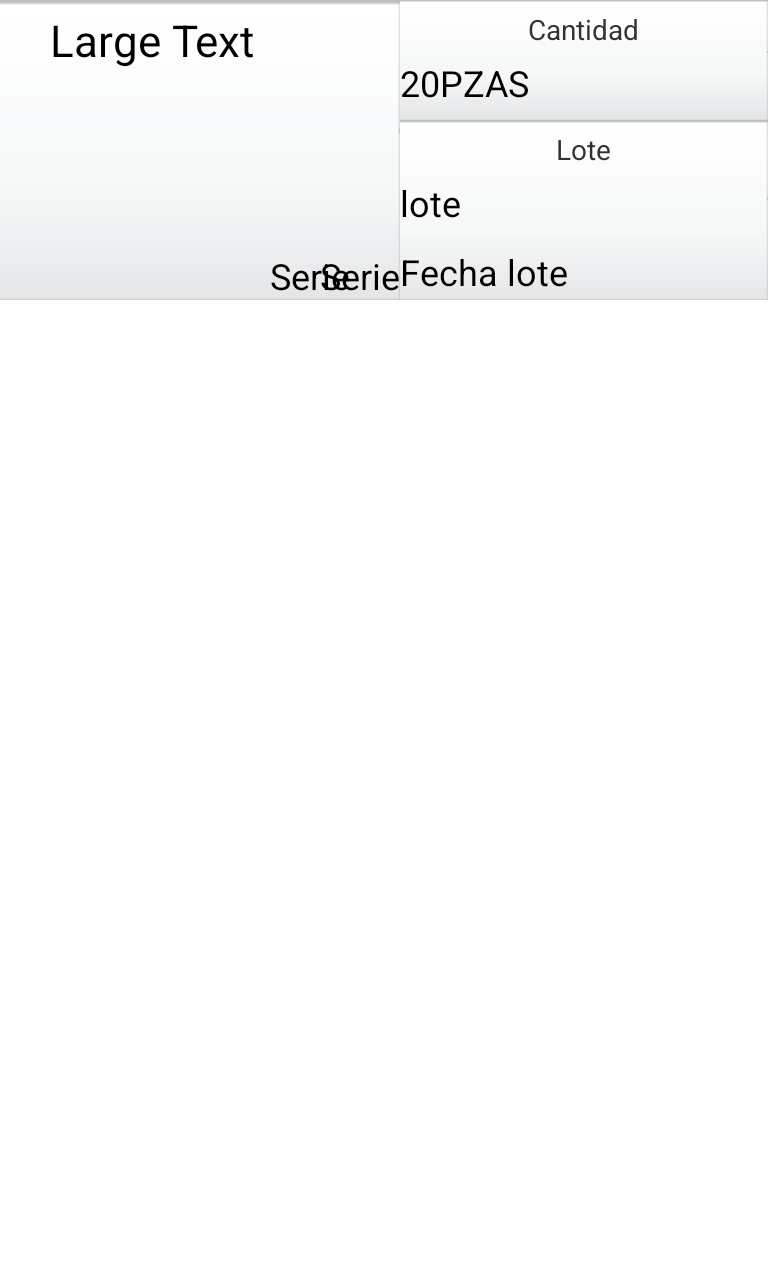
Repository: moynard/PeanutAndroid
Layout: WHSStorekeeper/res/layout/detail_arrivados.xml
An editor plug-in stored every save of this project. The layout is shown before and after the next save, followed by the edit.
It is drawn on a 768 x 1280 px phone screen (xhdpi) without system bars, with theme AppTheme; the app's code is not run.

Above is the layout before, as saved 2013-07-25 00:23:09.

After the next save:
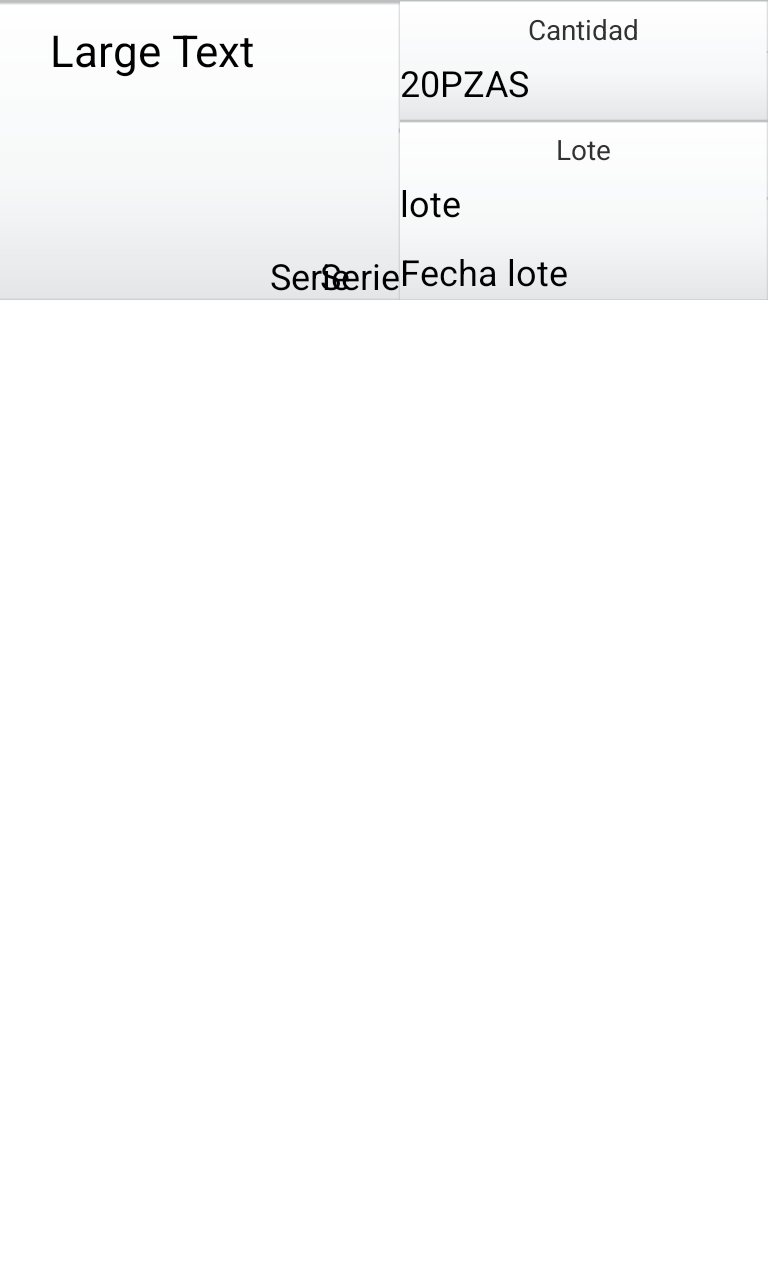
Saved 54 s later.
--- a/WHSStorekeeper/res/layout/detail_arrivados.xml
+++ b/WHSStorekeeper/res/layout/detail_arrivados.xml
@@ -19,7 +19,7 @@
             android:layout_height="wrap_content"
             android:layout_below="@+id/lblProducto"
             android:layout_centerHorizontal="true"
-            android:layout_marginTop="5dp"
+            android:layout_marginTop="10dp"
             android:lines="4"
 
             android:text="Large Text"
